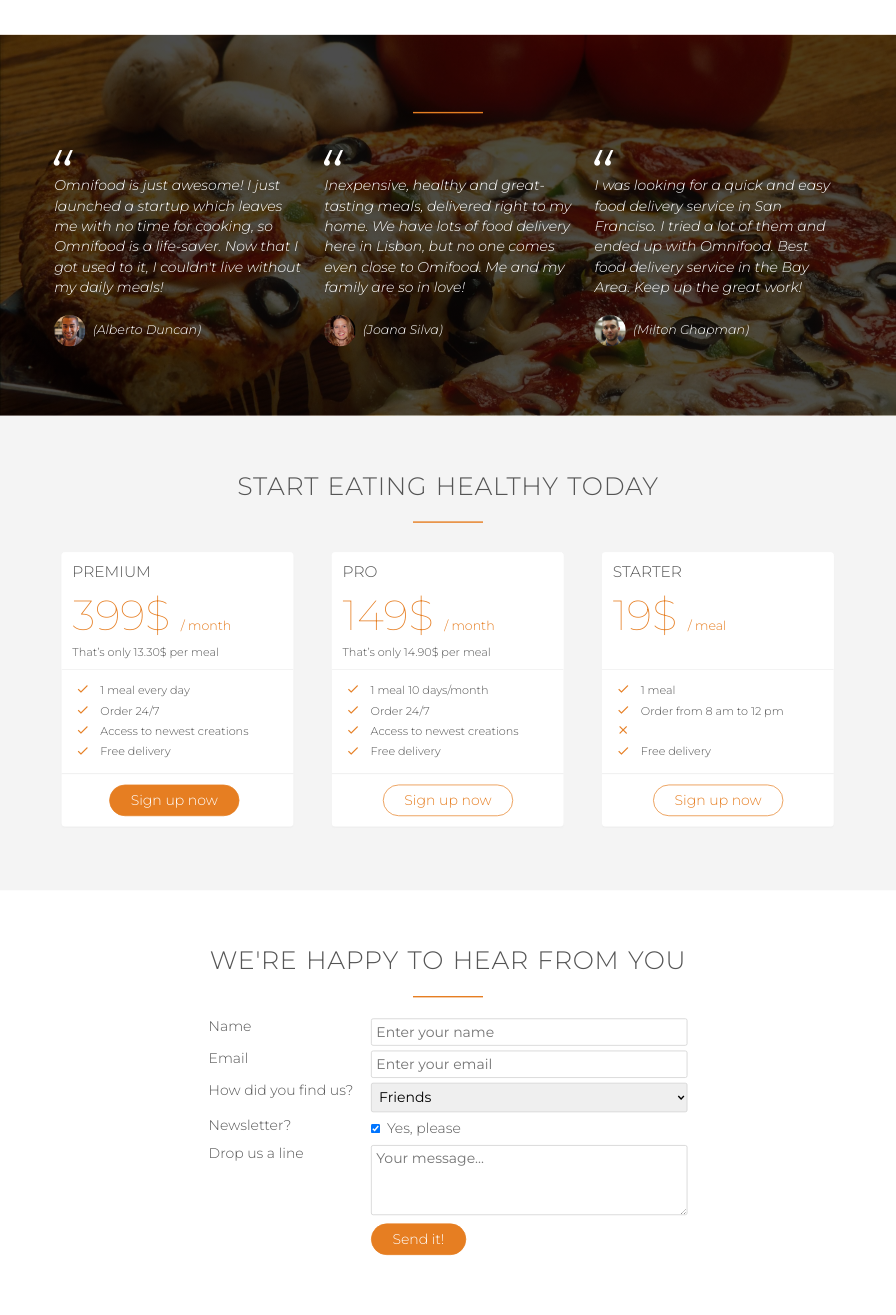
Repository: bbaryn/tasty-food-page
Page: index.html
An editor plug-in stored every save of this project. The page is shown before and after the next save, followed by the edit.
The browser window is 1280 px wide. The pictures show the part of the page from y = 3317 to 5237 px (the page is 5196 px tall before and 5237 px after), at 70% of full size.
Backgrounds fixed to the window are drawn as part of the page.

Above is the page before, as saved 2019-03-28 11:19:17.

After the next save:
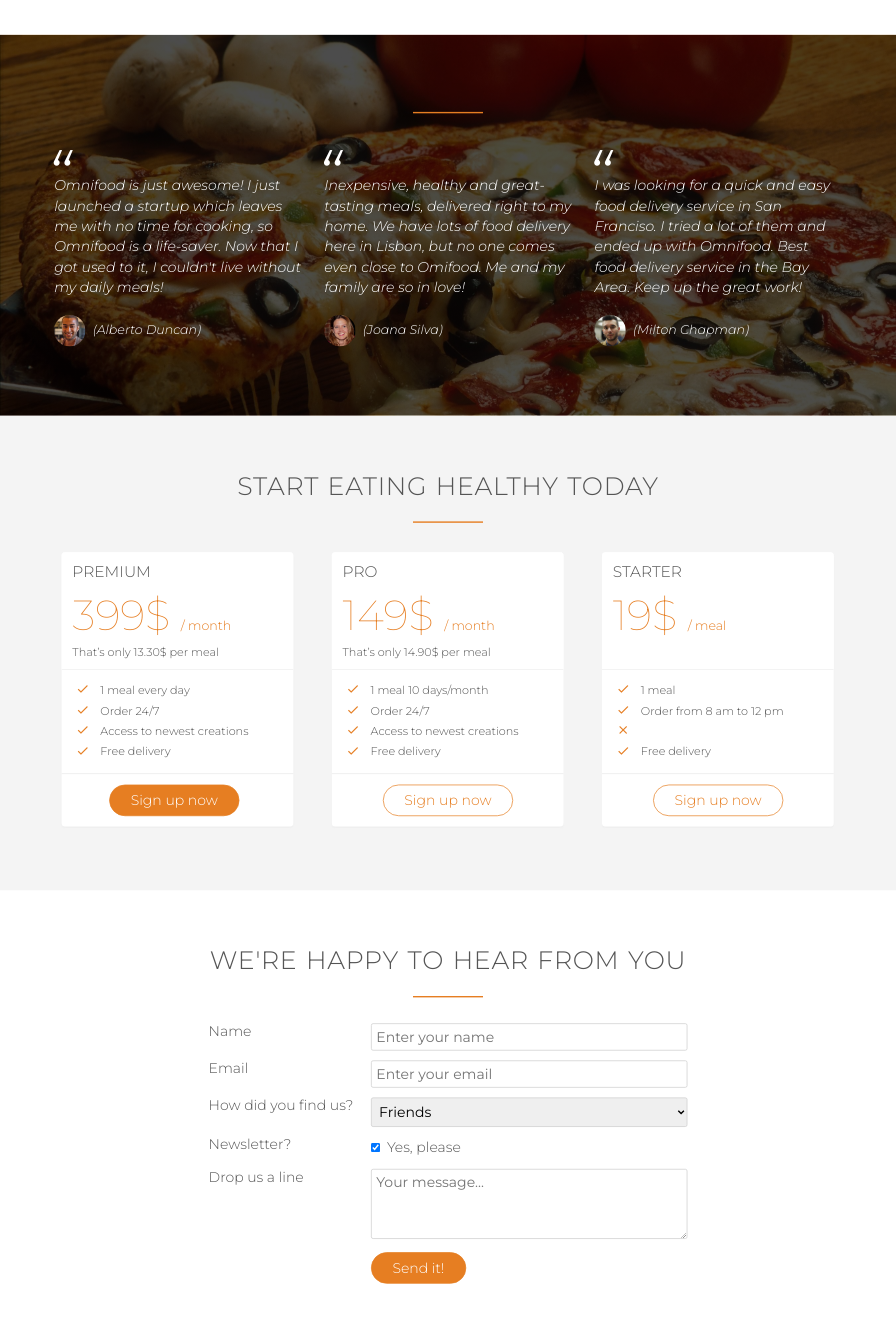
Saved 28 s later.
--- a/resources/css/style.css
+++ b/resources/css/style.css
@@ -474,7 +474,7 @@
 }
 
 .contact-form div.col {
-    margin-top: 0;
+    vertical-align: middle;
 }
 
 textarea {
